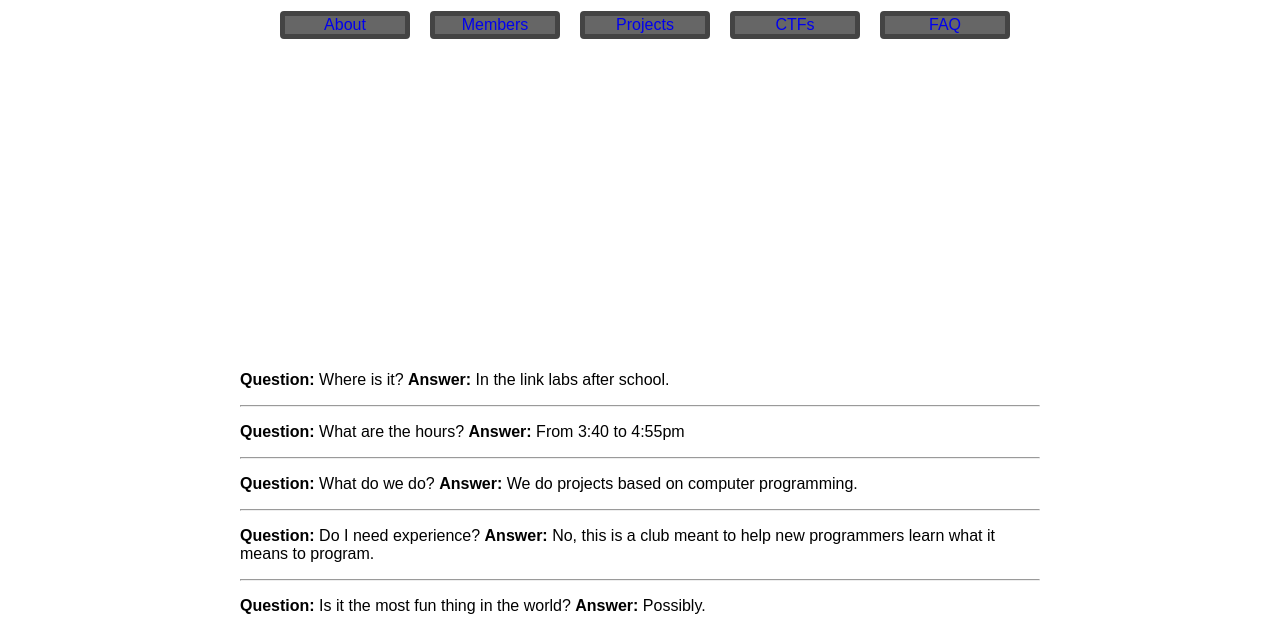
Repository: MrGSHS/mrgshs.github.io
Page: faq.html
The author's editor kept a record of every edit. The page is drawn from the files as they stood at one moment, then again after the next edit.
The browser window is 1280 px wide. The pictures show the part of the page from y = 623 to 1254 px (the page is 1254 px tall before and 1236 px after).
A picture or video elsewhere on the page could not be fetched, so the positions and the page height are approximate.

Above is the page before.

After the next edit:
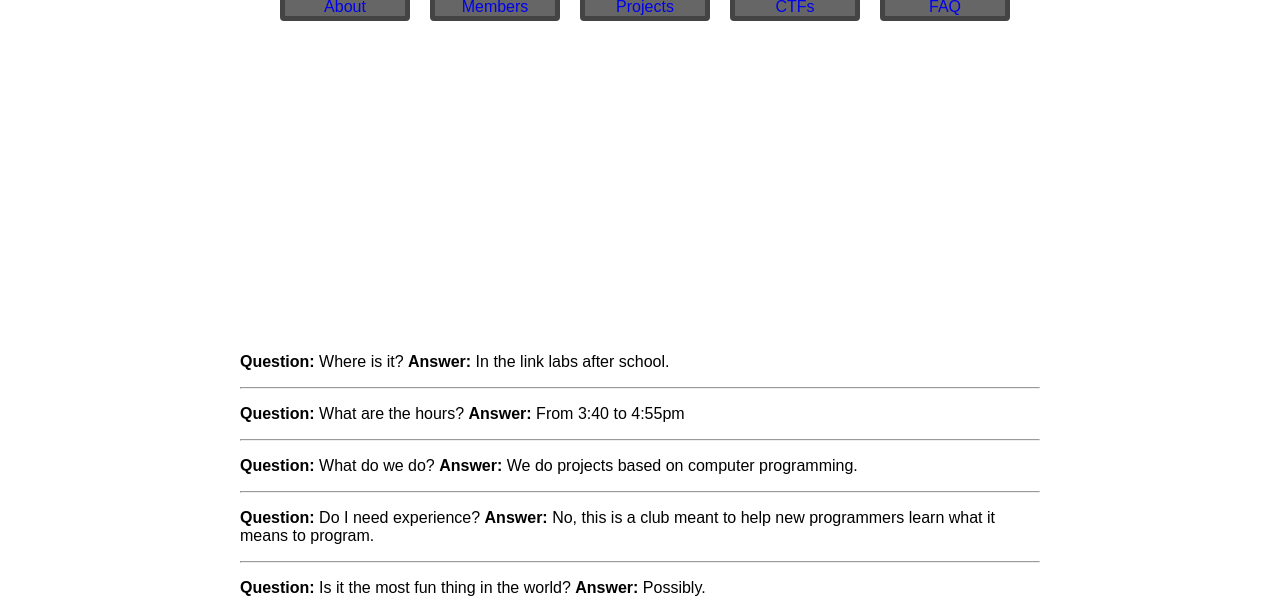
The edit:
--- a/faq.html
+++ b/faq.html
@@ -52,7 +52,7 @@
 	<div id="header">
 		<a href="index.html">
 			<img src="http://i.imgur.com/jGmHpjE.png" width = 800px />
-		</a> -->
+		</a>
 			  <div id="container">
     			<ul>
       				<a href="about.html"><li style="margin-left:0px;">About</li></a>
